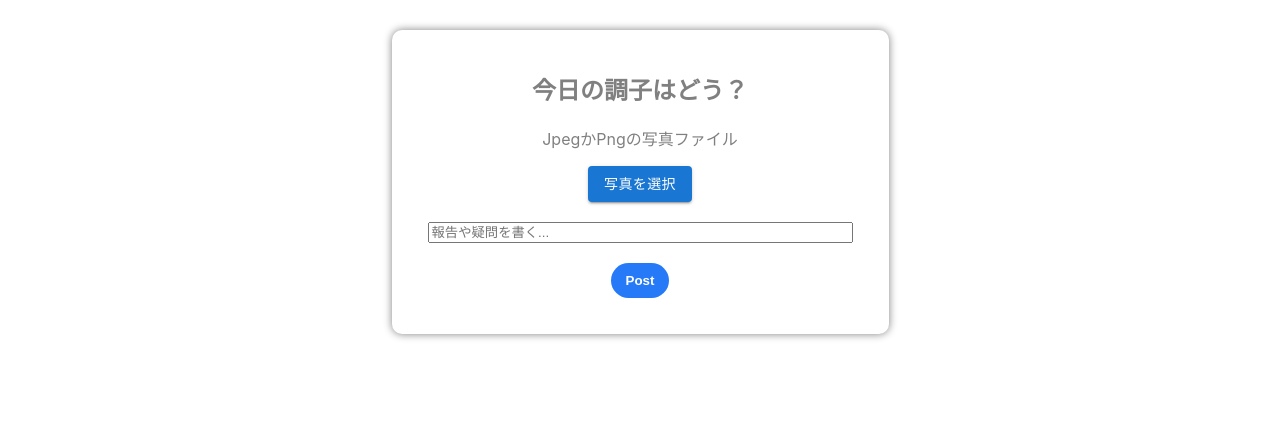
Repository: Seiya00002/seeds_surfers_react_sns
Page: /
These files come from the project's save history. The page is drawn as it stood at one moment and after a run of saves; the edit follows.
The browser window is 1280 px wide. The pictures show the whole page.
The page's requests for data from a server got no answer. The project was rebuilt for these pictures with package versions that can differ from the ones it lists, and the page was loaded fresh each time. No one was signed in, and anything a server would have sent is missing. Also part of the build but not shown: src/Post.css, src/Post.tsx.

Above is the page before, as saved 2023-08-04 10:34:36.

After the next 2 saves:
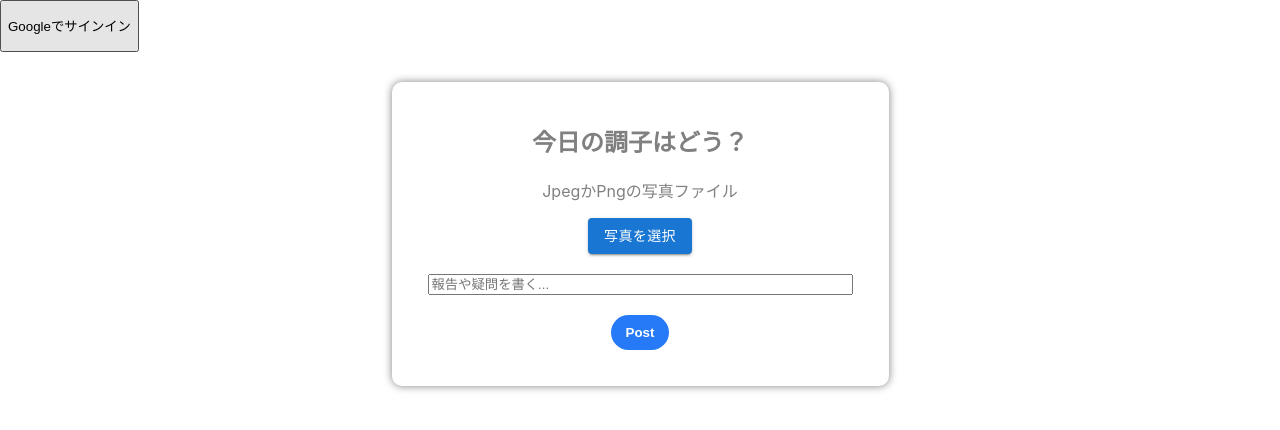
The 2 saves are shown as one change because 1 did not build or start.
The last was saved 2 min 39 s later.
--- a/src/Login.tsx
+++ b/src/Login.tsx
@@ -5,9 +5,17 @@ import { auth } from './firebase';
 function Login() {
     return(
         <div>
-            {/* <SignInButton /> */}
+            <SignInButton />
         </div>
     );
 }
 
 export default Login;
+
+function SignInButton() {
+    return(
+        <button >
+            <p>Googleでサインイン</p>
+        </button>
+    )
+}
